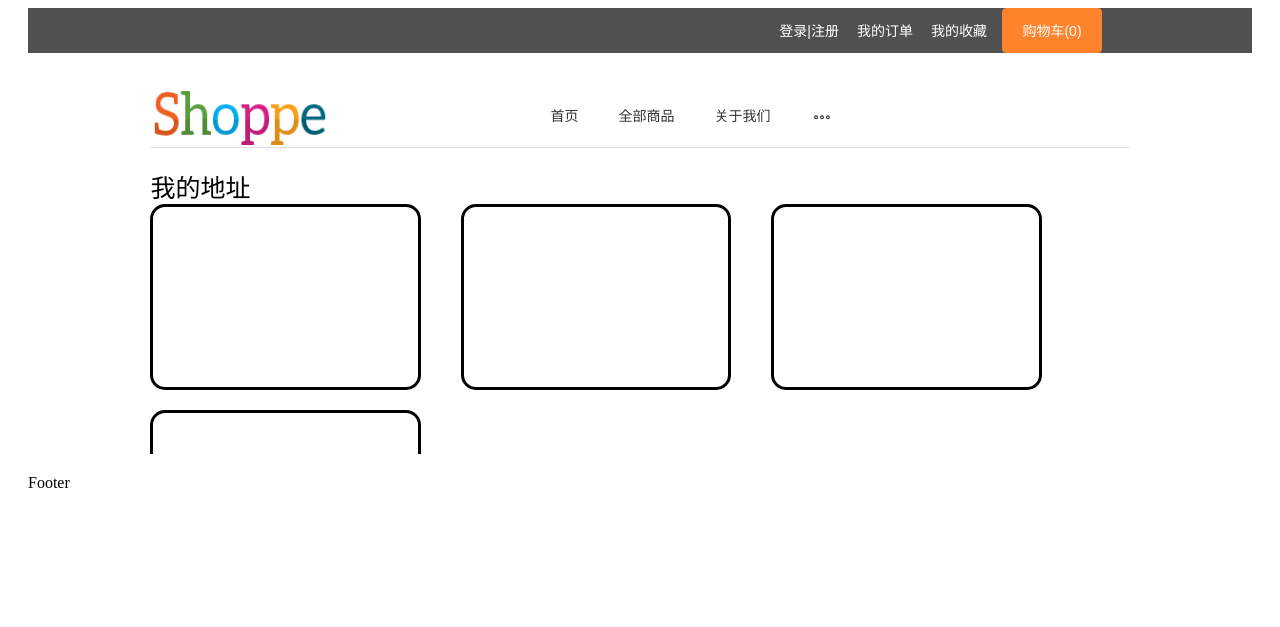
Repository: zhenghaochang/---
Page: /#/confirmOrder (app in xiaomi/)
The author's editor kept a copy of each file at every save. The page is drawn from the files as they stood at one save, then again after the next save.
The browser window is 1280 px wide. The pictures show the whole page.
The project was rebuilt for these pictures with package versions that can differ from the ones it lists, and the page was loaded fresh each time. Also part of the build but not shown: xiaomi/vite.config.js.

Above is the page before, as saved 2025-08-03 16:08:17.

After the next save:
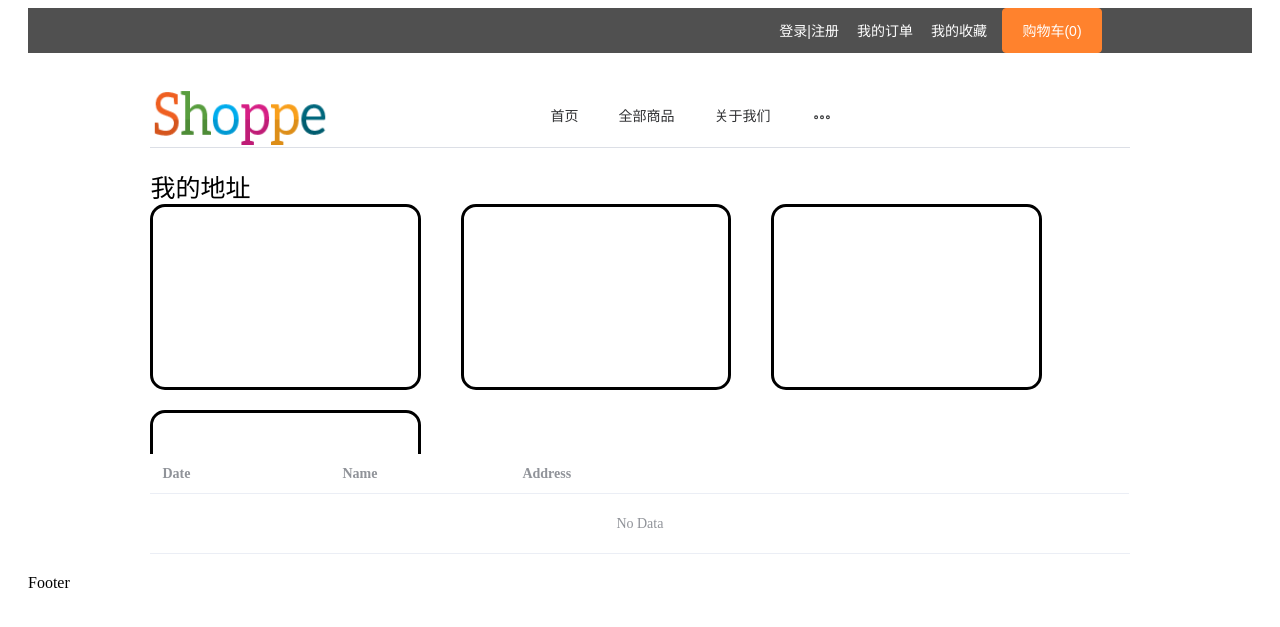
Saved 3 min 4 s later.
--- a/xiaomi/src/view/confirmOrder.vue
+++ b/xiaomi/src/view/confirmOrder.vue
@@ -13,7 +13,11 @@
             </el-scrollbar>
         </div>
         <div class="div">
-
+            <el-table :data="tableData" stripe style="width: 100%">
+    <el-table-column prop="date" label="Date" width="180" />
+    <el-table-column prop="name" label="Name" width="180" />
+    <el-table-column prop="address" label="Address" />
+  </el-table>
         </div>
     </div>
 </template>
